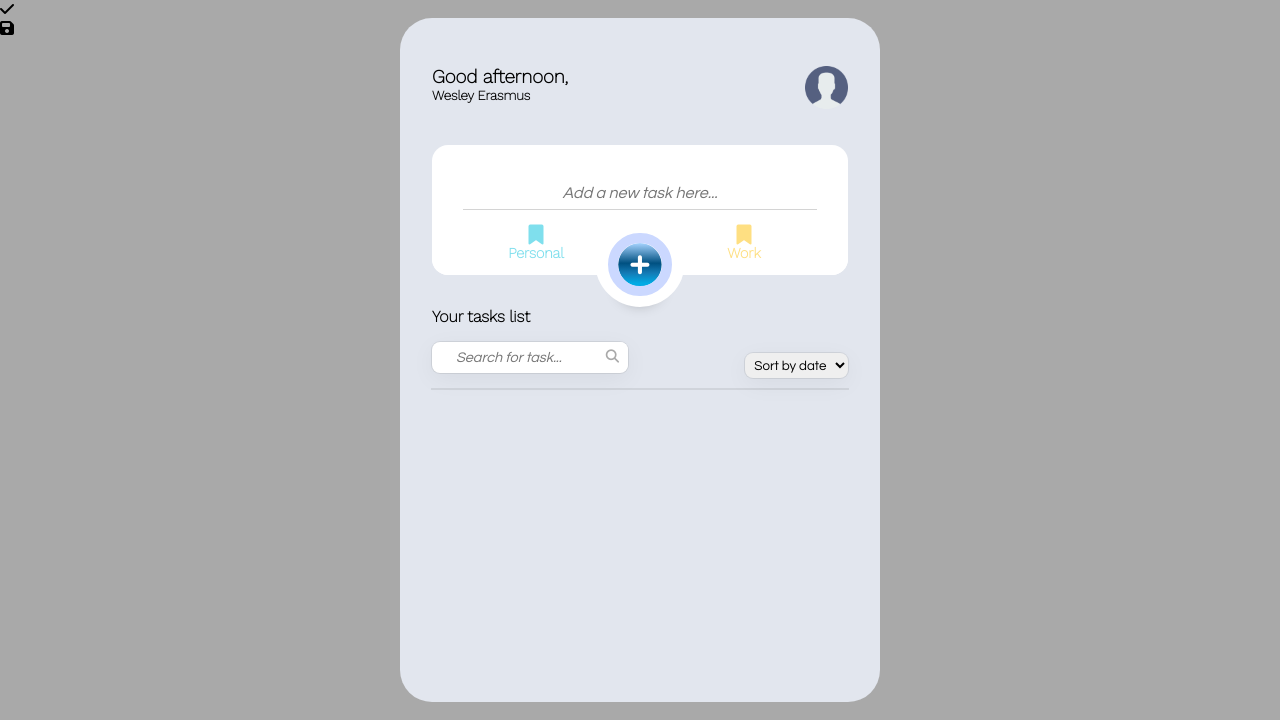
Repository: WesleyErasmus/Todo-App
Page: todoApp.html
An editor plug-in stored every save of this project. The page is shown before and after the next save, followed by the edit.
The browser window is 1280 px wide. The pictures show the whole page.
Some web libraries are served in a nearby version.

Above is the page before, as saved 2022-06-13 14:04:11.

### todoApp.html
<!DOCTYPE html>
<html lang="en">
<head>
    <meta charset="UTF-8">
    <meta http-equiv="X-UA-Compatible" content="IE=edge">
    <meta name="viewport" content="width=device-width, initial-scale=1.0">
    <title>Todo App</title>
    <script src="https://kit.fontawesome.com/81ea498f91.js" crossorigin="anonymous"></script>
    <link rel="stylesheet" href="/source/css/todoApp.css">
    <script src="/source/script/todoApp.js" defer></script>
</head>
<body>
    <!-- App wrapper -->
    <main class="app-wrapper">
        <!-- App header -->
        <header>
            <!-- Greeting and Name -->
            <div>
                <h3>Good afternoon, </h3>
                <h5>Wesley Erasmus</h5>
            </div>
            <!-- Profile picture -->
            <div id="profile-picture">
                <img src="/images/user.png" alt="" style="width: 43px;">
            </div>
        </header>

        <!-- Categories section -->
        <section>
        <form id="todo-list-form">
            <div class="create-submit">
                <input type="text" name="create-task" id="create-task" placeholder="Add a new task here..." />
                <button id="add-task-btn" type="submit" value="create-new-task">
                    <i class="fa-solid fa-circle-plus"></i>
                </button>
                <div class="circle"></div>
            </div>


            <div class="category-selectors">
                <!-- Personal category (make to assign as default, unless user selects work category) -->
                <label id="personal-category-btn">
                    <input type="radio" name="category" value="Personal" id="personal-category" /><i class="fa-solid fa-bookmark"></i><h4 class="category-h4">Personal</h4>
                </label>
                <!-- Work category -->
                <label id="work-category-btn">
                    <input type="radio" name="category" value="Work" id="work-category" />
                    <i class="fa-solid fa-bookmark"></i>
                    <h4 class="category-h4">Work</h4>
                </label>
            </div>
            <!-- End of radio categories div -->
            <!-- <div class="create-submit">
            <input type="text" name="create-task" id="create-task" placeholder="Create a new task..." />
            <button id="add-task-btn" type="submit" value="create-new-task">
                <i class="fa-solid fa-circle-plus"></i>
            </button>
        </div>  -->
        </form>
        </section>

        <!-- Task list is created here, new tasks are outputted below -->
        <section class="todo-list-output">
            <div id="list-header">
            <div>Your tasks list</div>
            </div>
            <!-- SEARCH BAR -->
            <div id="search-filter-section">
                <form id="search-bar">
                <input type="text"
                id="search-bar"
                placeholder="Search for task...">
                <button type="submit"><i class="fa fa-search"
                id="search-submit-btn"></i></button>
                </form>
                <!-- Classic filter dropdown -->
                <div>
                    <select name="filter" id="filter">
                    <option value="Date">Sort by date</option>
                    <option value="Name">Sort by title</option>
                    </select>
                </div>

                </div>
            <!-- Actual task list output -->
            <div class="tasks" id="tasks">

                <!-- <div class="dummy-task">

                    <div class="task-name">
                        <input type="text"
                        class="text"
                        value="dummy task"
                        readonly>
                        <div class="edit-delete">
                            <button class="edit"><i class="fa-solid fa-pencil"></i></button>
                            <button class="delete"><i class="fa fa-trash" aria-hidden="true"></i></button>
                        </div>
                    </div>
                </div>

                <div class="dummy-task">

                    <div class="task-name">
                        <input type="text"
                        class="text"
                        value="dummy task"
                        readonly>
                        <div class="edit-delete">
                            <button class="edit"><i class="fa-solid fa-pencil"></i></button>
                            <button class="delete"><i class="fa fa-trash" aria-hidden="true"></i></button>
                        </div>
                    </div>
                </div>

                <div class="dummy-task">

                    <div class="task-name">
                        <input type="text"
                        class="text"
                        value="dummy task"
                        readonly>
                        <div class="edit-delete">
                            <button class="edit"><i class="fa-solid fa-pencil"></i></button>
                            <button class="delete"><i class="fa fa-trash" aria-hidden="true"></i></button>
                        </div>
                    </div>
                </div> -->

            </div>

        </section>

    </main> <!-- End of App wrapper -->
        <!-- Save icon and task complete icon -->
                <li><i class="fa-solid fa-check"></i></li>
                <li><i class="fa-solid fa-floppy-disk"></i></li>

</body>
</html>

### source/css/todoApp.css
@import url("https://fonts.googleapis.com/css2?family=Questrial&family=Work+Sans:wght@200&display=swap");

/* CSS Variables */
:root {
  --background-color: #fff;
  --personal: #7fdfed;
  --work: #fedf82;
  --placeholder-text: #444444bc;
  --delete: #ff5e5ee3;
  --grey: #a9a9a9;
  --dark-grey: #444444;

  /* Gradient */
  --primary-gradient: -webkit-linear-gradient(
    top,
    #a7d4ff 0%,
    #005081 47%,
    #147bb6 70%,
    #00abe5 94%,
    #02a8e4 100%
  );

  /* Box-shadow */
  --box-shadow: rgba(0, 0, 0, 0.05) 0px 6px 24px 0px,
    rgba(0, 0, 0, 0.08) 0px 0px 0px 1px;
  /* Text-shadow */
  --text-shadows: rgba(0, 0, 0, 0.24) 0px 3px 8px;
}

/* Universal selector styling */
* {
  font-family: "Work Sans", sans-serif;
  box-sizing: border-box;
  margin: 0;
  padding: 0;
  list-style: none;
}

/* Below removes input and checkbox default styling */
input:not([type="radio"]):not([type="checkbox"]),
button {
  appearance: none;
  border: none;
  outline: none;
  background: none;
  cursor: initial;
  font-family: "Questrial", sans-serif;
}

input[type="radio"] {
  display: none;
}

/* *** UNIVERSAL BUTTON STYLING *** */
button {
  appearance: none;
  border: none;
  outline: none;
  background: none;
  cursor: initial;
  cursor: pointer;
}

body {
  background-color: var(--grey);
}

main {
  background-color: #e2e6ee;
  padding-top: 2rem;
  border-radius: 2rem;
  padding-left: 2rem;
  padding-right: 2rem;
  flex: 1 1 0%;
  align-items: center;
  justify-content: center;
  max-width: 480px;
  height: 95vh;
  width: 100%;
  position: absolute;
  top: 50%;
  left: 50%;
  margin-right: -50%;
  transform: translate(-50%, -50%);
}

section {
  margin-top: 1rem;
  margin-bottom: 2rem;
}

label {
  cursor: pointer;
}

/* STYLING FOR SORT BUTTON */
select {
  font-family: "Questrial", sans-serif;
  margin-left: 0.3rem;
  padding: 0.3rem;
  border: none;
  outline: 0;
  border-radius: 0.5rem;
  cursor: pointer;
  box-shadow: var(--box-shadow);
}
option {
  font-family: "Questrial", sans-serif;
}
/* END OF STYLING FOR SORT BUTTON */

header {
  display: flex;
  justify-content: space-between;
  padding: 1rem 0rem 1rem 0rem;
  border-radius: 1rem;
}

#todo-list-form {
  background-color: var(--background-color);
  border-radius: 1rem;
  padding: 0;
  margin: 0;
}

#create-task {
  display: block;
  width: 85%;
  font-size: 1rem;
  text-align: center;
  padding: 2.5rem 0rem 0.5rem 0rem;
  padding-right: 0rem;
  background-color: var(--background-color);
  border: none;
  border-bottom: 0.1px solid #a9a9a97e;
}
::placeholder {
  color: var(--placeholder-text);
  font-style: italic;
}

#add-task-btn {
  z-index: 10;
  position: absolute;
  display: block;
  margin: 0 auto;
  bottom: -86px;
  color: #ffffff;
  background: var(--primary-gradient);
  -webkit-background-clip: text;
  -webkit-text-fill-color: transparent;
  /* border: 10px solid #9ab1fe5d; */
  border: 10px solid #cbd8ff;
  border-radius: 9999px;
}

.circle {
  z-index: -1;
  position: absolute;
  bottom: -142px;
  left: 50%;
  margin-right: -50%;
  transform: translate(-50%, -50%);
  width: 90px;
  height: 90px;
  background-color: #fff;
  border-bottom-left-radius: 100px;
  border-bottom-right-radius: 100px;
  border: none;
  box-shadow: rgba(0, 0, 0, 0.45) 0px 20px 15px -25px;
}

/* ADD TASK BUTTON SIZING */
.fa-circle-plus {
    /* Fix sizing! */
  /* font-size: 2.71rem; */
  font-size: 43.36px;
}

.create-submit {
  position: relative;
  display: flex;
  justify-content: center;
  align-items: center;
  text-align: center;
  margin-top: 0.5rem;
}

.create-task {
  text-align: center;
}

/* Work / personal category selector styling */
.category-selectors {
    display: flex;
    justify-content: center;
    align-items: center;
  }

  .category-selectors label {
    display: flex;
    flex-direction: column;
    justify-content: center;
    align-items: center;
    background-color: var(--background-color);
    padding: 0.75rem 2rem;
  }

  .fa-bookmark {
      font-size: 1.25rem;
  }

  #personal-category-btn {
    color: var(--personal);
    border-bottom-left-radius: 1rem;
  }

  #work-category-btn {
    color: var(--work);
    border-bottom-right-radius: 1rem;
  }

  #work-category-btn,
  #personal-category-btn {
    font-size: 0.9em;
    width: 100%;
    height: 65px;
    border: none;
    outline: none;
    /* background-color: #02a8e4; */
    /* box-shadow: var(--box-shadow); */
  }

#list-header {
  width: 80%;
  display: flex;
  justify-content: space-between;
  margin-bottom: 1rem;
  font-weight: bold;
}

#search-filter-section {
  display: flex;
  margin: 0 auto;
  justify-content: space-between;
  margin-top: 1rem;
  text-align: center;
  align-items: center;
}

/* SEARCH BAR STYLING */
#search-bar {
  position: relative;
  display: flex;
  justify-content: center;
  align-items: center;
  width: 47%;
}

#search-bar input {
  display: block;
  width: 100%;
  font-size: 0.9rem;
  padding: 0.5rem 1.5rem;
  padding-right: 0rem;
  background-color: var(--background-color);
  border-radius: 0.5rem;
  margin-bottom: 1rem;
  box-shadow: var(--box-shadow);
}

#search-submit-btn {
  position: absolute;
  display: block;
  right: 0rem;
  top: 0;
  background-color: #fff;
  border-top-left-radius: 0.5rem;
  border-bottom-left-radius: 0.5rem;
  border-top-right-radius: 0.5rem;
  border-bottom-right-radius: 0.5rem;
  padding: 0.53rem;
  color: var(--grey);
}

#tasks {
  border-radius: 0.5rem;
  background-color: #fff;
  box-shadow: var(--box-shadow);
}

#tasks .task-name {
  display: flex;
  justify-content: space-between;
  background-color: var(--background-color);
  padding: 1.75rem;
  background-color: #fff;
  margin-bottom: 0rem;
  margin: 0 1rem;
  border-bottom: 0.01px solid rgba(229, 225, 225, 0.919);
}

.dummy-task .task-name {
  flex: 1 1 0%;
}

.dummy-task .task-name .text {
  color: var(--dark-grey);
  width: 100%;
  display: block;
  transition: 0.4s;
}

.dummy-task .edit-delete {
  display: flex;
  margin: 0 -0.5rem;
}

/* Edit button styling */

.fa-pencil {
  /* ADD COLOR */
}

.fa-trash {
  color: var(--delete);
}

.dummy-task .edit-delete button {
  cursor: pointer;
  margin: 0 0.5rem;
  font-size: 0.8rem;
  font-weight: 700;
  text-transform: uppercase;
  transition: 0.4s;
}

### source/script/todoApp.js
// *** FILTER BTN SCRIPT ***

/* When the user clicks on the button,
toggle between hiding and showing the dropdown content */
// function myFunction() {
//     document.getElementById("myDropdown").classList.toggle("show");
//   }

//   // Close the dropdown if the user clicks outside of it
//   window.onclick = function(event) {
//     if (!event.target.matches('.dropbtn')) {
//       var dropdowns = document.getElementsByClassName("dropdown-content");
//       var i;
//       for (i = 0; i < dropdowns.length; i++) {
//         var openDropdown = dropdowns[i];
//         if (openDropdown.classList.contains('show')) {
//           openDropdown.classList.remove('show');
//         }
//       }
//     }
//   }
//   *** END OF FILTER BUTTON ***

After the next save:
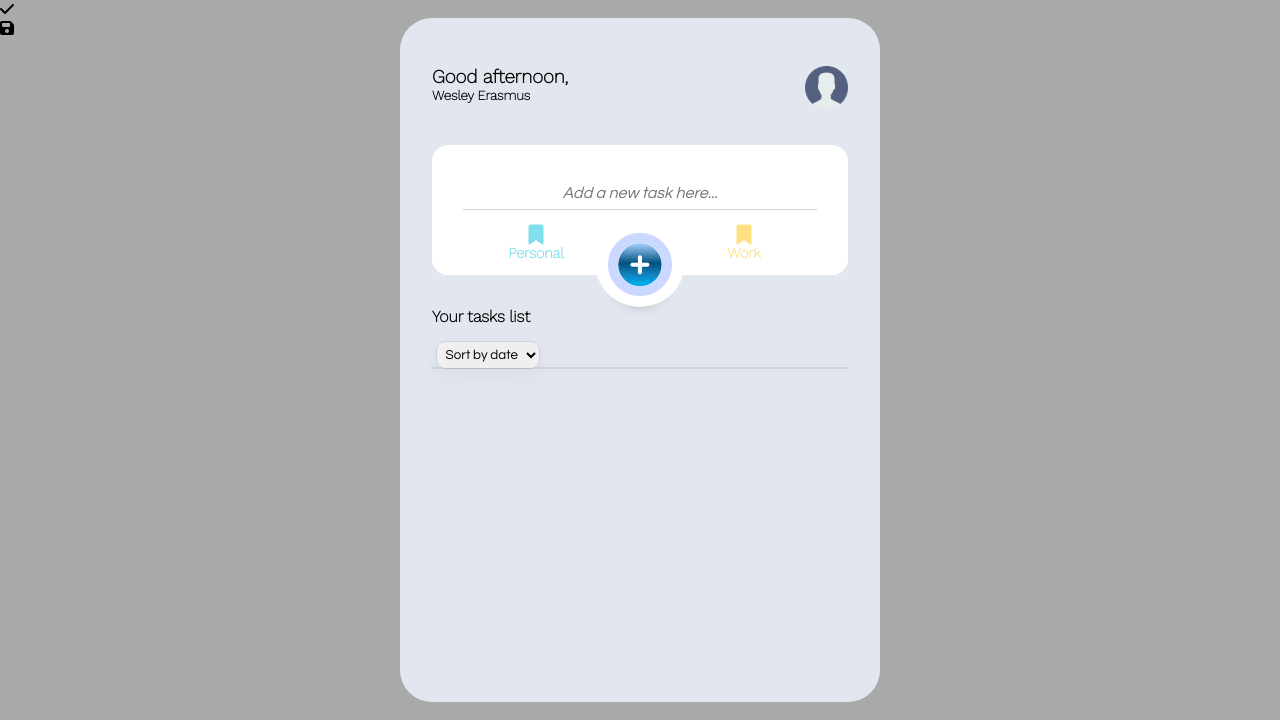
Saved 2 min 39 s later.
--- a/todoApp.html
+++ b/todoApp.html
@@ -66,13 +66,13 @@
             </div>
             <!-- SEARCH BAR -->
             <div id="search-filter-section">
-                <form id="search-bar">
+                <!-- <form id="search-bar">
                 <input type="text"
                 id="search-bar"
                 placeholder="Search for task...">
                 <button type="submit"><i class="fa fa-search"
                 id="search-submit-btn"></i></button>
-                </form>
+                </form> -->
                 <!-- Classic filter dropdown -->
                 <div>
                     <select name="filter" id="filter">
